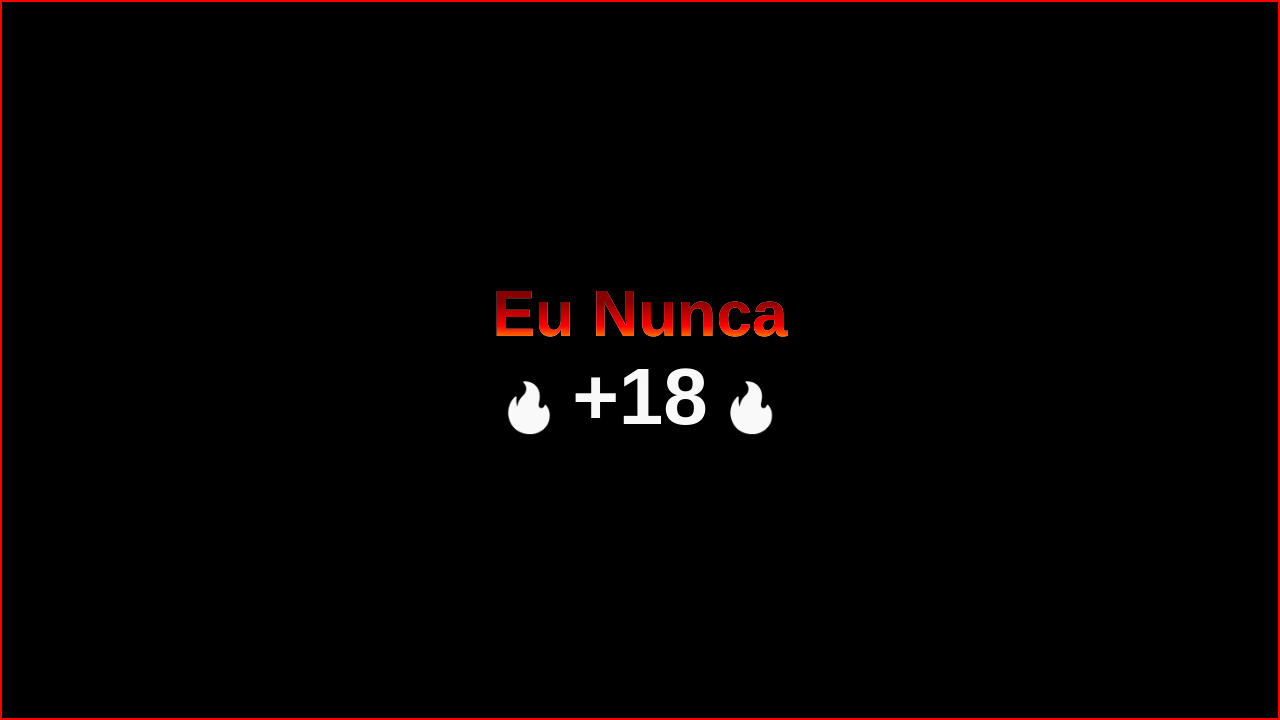
Repository: odiloalmeida/inever
Page: index.html
These files come from the project's save history. The page is drawn as it stood at one moment and after a run of saves; the edit follows.
The browser window is 1280 px wide. The pictures show the whole page.

Above is the page before, as saved 2023-01-31 21:08:39.

After the next 2 saves:
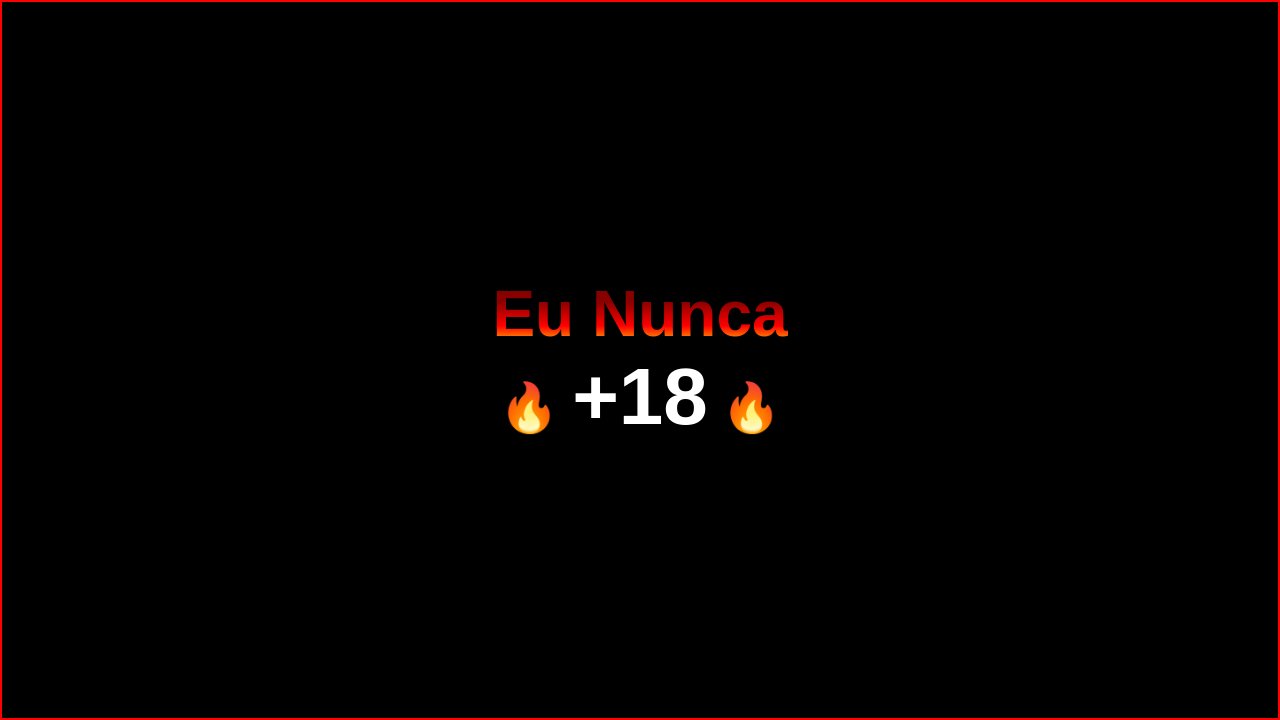
The 2 saves are shown as one change because they came seconds apart.
The last was saved 70 s later.
--- a/style.css
+++ b/style.css
@@ -22,11 +22,6 @@ button {
     font-weight: bold;
     font-size: 3rem;
     padding: 5px;
-    background-image: linear-gradient(to bottom,#f1f1f1,#fff);
-    background-clip: text;
-    -webkit-background-clip: text;
-    -webkit-text-fill-color: transparent;
-    color: black;
 }
 
 button span {
